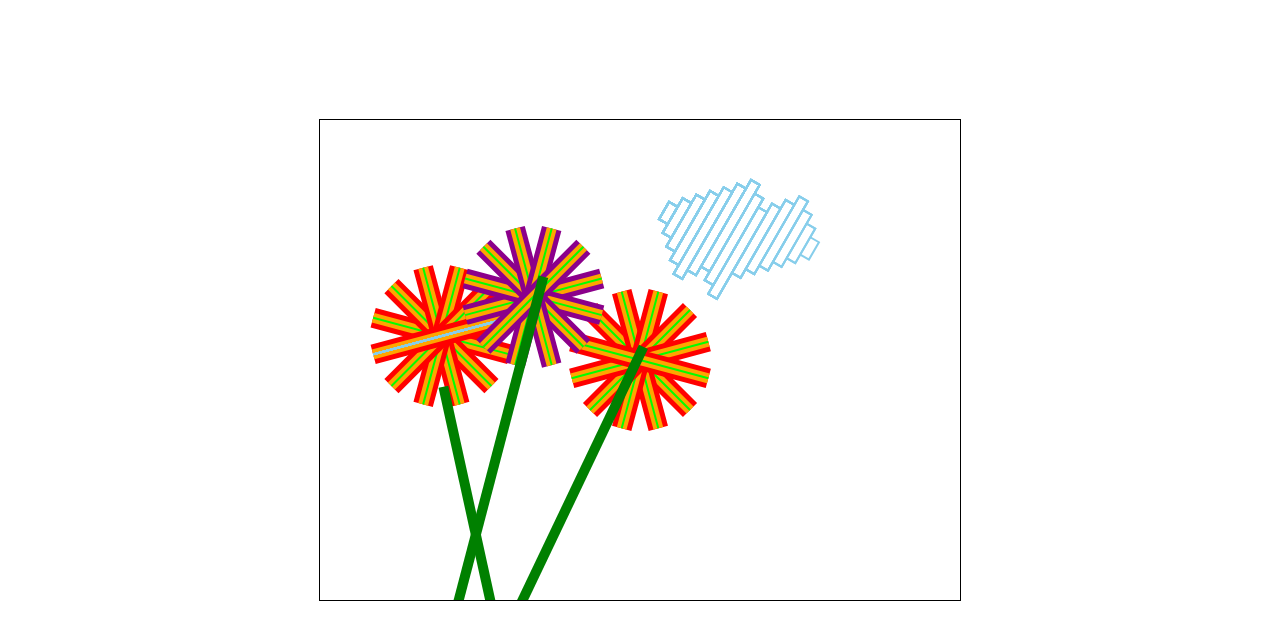
Repository: huanz488/huanz488-github.io
Page: digital painting/App.html
The author's editor kept a record of every edit. The page is drawn from the files as they stood at one moment, then again after the next edit.
The browser window is 1280 px wide. The pictures show the whole page.

Above is the page before.

### digital painting/App.html
<html>
    <head>
        <title>Portrait</title>
        <style>
            body {display: flex; }
            canvas {
                border:1px solid black;
                margin:auto;
            }
        </style>
    </head>
    <canvas width="640" height="480"></canvas>
        <script>



    // .. Let's draw a picture.
    var can = document.getElementsByTagName('canvas')[0];
    var ctx = can.getContext('2d');

    // Draw a path.

    var diagonal = function () {
      ctx.beginPath();
      ctx.moveTo(-50, -50);
      ctx.lineTo(50, 50);
    };

    var paint = function (color, width) {
      ctx.strokeStyle = color;
      ctx.lineWidth = width;
      ctx.stroke();
    };

    var stripe = function(){
      diagonal();
      paint('red', 20);
      paint('orange', 10);
      paint('lime', 2);
    };

    ctx.translate(can.width/2, can.height/2);

    stripe();

    var degrees = 30;

    ctx.rotate(degrees*Math.PI/180);
    stripe();
    ctx.rotate(degrees*Math.PI/180);
    stripe();
    ctx.rotate(degrees*Math.PI/180);
    stripe();
    ctx.rotate(degrees*Math.PI/180);
    stripe();
    ctx.rotate(degrees*Math.PI/180);
    stripe();

    ////////////////////////////


    // .. Let's draw a picture.
    var can = document.getElementsByTagName('canvas')[0];
    var ctx = can.getContext('2d');

    // Draw a path.

    var diagonal = function () {
      ctx.beginPath();
      ctx.moveTo(-50, -50);
      ctx.lineTo(50, 50);
    };

    var paint = function (color, width) {
      ctx.strokeStyle = color;
      ctx.lineWidth = width;
      ctx.stroke();
    };

    var stripe = function(){
      diagonal();
      paint('red', 20);
      paint('orange', 10);
      paint('lime', 2);
    };

    ctx.translate(can.width/4, can.height/4);

    stripe();

    var degrees = 30;

    ctx.rotate(degrees*Math.PI/180);
    stripe();
    ctx.rotate(degrees*Math.PI/180);
    stripe();
    ctx.rotate(degrees*Math.PI/180);
    stripe();
    ctx.rotate(degrees*Math.PI/180);
    stripe();
    ctx.rotate(degrees*Math.PI/180);
    stripe();


    var ctx = document.querySelector("canvas").getContext("2d");{
    ctx.rect(210, 130, 20, 10);
    SetFillColor="blue";
    ctx.strokeStyle="skyblue";
    ctx.stroke();
    };

    var ctx = document.querySelector("canvas").getContext("2d");{
    ctx.rect(200, 140, 40, 10);
    SetFillColor="blue";
    ctx.strokeStyle="skyblue";
    ctx.stroke();
    };

    var ctx = document.querySelector("canvas").getContext("2d");{
    ctx.rect(180, 160, 80, 10);
    SetFillColor="blue";
    ctx.strokeStyle="skyblue";
    ctx.stroke();
    };

    var ctx = document.querySelector("canvas").getContext("2d");{
    ctx.rect(190, 150, 60, 10);
    SetFillColor="blue";
    ctx.strokeStyle="skyblue";
    ctx.stroke();
    };

    var ctx = document.querySelector("canvas").getContext("2d");{
    ctx.rect(180, 180, 100, 10);
    SetFillColor="blue";
    ctx.strokeStyle="skyblue";
    ctx.stroke();
    };

    var ctx = document.querySelector("canvas").getContext("2d");{
    ctx.rect(170, 170, 100, 10);
    SetFillColor="blue";
    ctx.strokeStyle="skyblue";
    ctx.stroke();
    };

    var ctx = document.querySelector("canvas").getContext("2d");{
    ctx.rect(190, 190, 100, 10);
    SetFillColor="blue";
    ctx.strokeStyle="skyblue";
    ctx.stroke();
    };

    var ctx = document.querySelector("canvas").getContext("2d");{
    ctx.rect(180, 200, 100, 10);
    SetFillColor="blue";
    ctx.strokeStyle="skyblue";
    ctx.stroke();
    };

    var ctx = document.querySelector("canvas").getContext("2d");{
    ctx.rect(170, 210, 100, 10);
    SetFillColor="blue";
    ctx.strokeStyle="skyblue";
    ctx.stroke();
    };

    var ctx = document.querySelector("canvas").getContext("2d");{
    ctx.rect(200, 220, 80, 10);
    SetFillColor="blue";
    ctx.strokeStyle="skyblue";
    ctx.stroke();
    };

    var ctx = document.querySelector("canvas").getContext("2d");{
    ctx.rect(210, 230, 80, 10);
    SetFillColor="blue";
    ctx.strokeStyle="skyblue";
    ctx.stroke();
    };

    var ctx = document.querySelector("canvas").getContext("2d");{
    ctx.rect(220, 240, 80, 10);
    SetFillColor="blue";
    ctx.strokeStyle="skyblue";
    ctx.stroke();
    };

    var ctx = document.querySelector("canvas").getContext("2d");{
    ctx.rect(230, 250, 60, 10);
    SetFillColor="blue";
    ctx.strokeStyle="skyblue";
    ctx.stroke();
    };

    var ctx = document.querySelector("canvas").getContext("2d");{
    ctx.rect(240, 260, 40, 10);
    SetFillColor="blue";
    ctx.strokeStyle="skyblue";
    ctx.stroke();
    };

    var ctx = document.querySelector("canvas").getContext("2d");{
    ctx.rect(250, 270, 20, 10);
    SetFillColor="blue";
    ctx.strokeStyle="skyblue";
    ctx.stroke();
    };

    //////////////////////

    ////////////////////


    // .. Let's draw a picture.
    var can = document.getElementsByTagName('canvas')[0];
    var ctx = can.getContext('2d');

    // Draw a path.

    var diagonal = function () {
      ctx.beginPath();
      ctx.moveTo(-50, -50);
      ctx.lineTo(50, 50);
    };

    var paint = function (color, width) {
      ctx.strokeStyle = color;
      ctx.lineWidth = width;
      ctx.stroke();
    };

    var stripe = function(){
      diagonal();
      paint('DarkMagenta', 20);
      paint('orange', 10);
      paint('lime', 2);
    };

    ctx.translate(can.width/8, can.height/8);

    stripe();

    var degrees = 30;

    ctx.rotate(degrees*Math.PI/180);
    stripe();
    ctx.rotate(degrees*Math.PI/180);
    stripe();
    ctx.rotate(degrees*Math.PI/180);
    stripe();
    ctx.rotate(degrees*Math.PI/180);
    stripe();
    ctx.rotate(degrees*Math.PI/180);
    stripe();



    ///////////////////


    // Draw a path.

    ctx.beginPath();
    ctx.moveTo(400, 100);
    ctx.lineTo(-20, -10);

    ctx.lineWidth = 10;
    ctx.strokeStyle = 'green';
    ctx.stroke();

    ctx.translate(100, 100); // Moves the origin.

    ctx.beginPath();
    ctx.moveTo(400, -100);
    ctx.lineTo(-10, -10);

    ctx.lineWidth = 10;
    ctx.strokeStyle = 'green';
    ctx.stroke();


    ctx.translate(200, -200); // Moves the origin.

    ctx.beginPath();
    ctx.moveTo(400, 300);
    ctx.lineTo(-250, -10);

    ctx.lineWidth = 10;
    ctx.strokeStyle = 'green';
    ctx.stroke();
////////////////////










        </script>
    </body>
</html>

After the next edit:
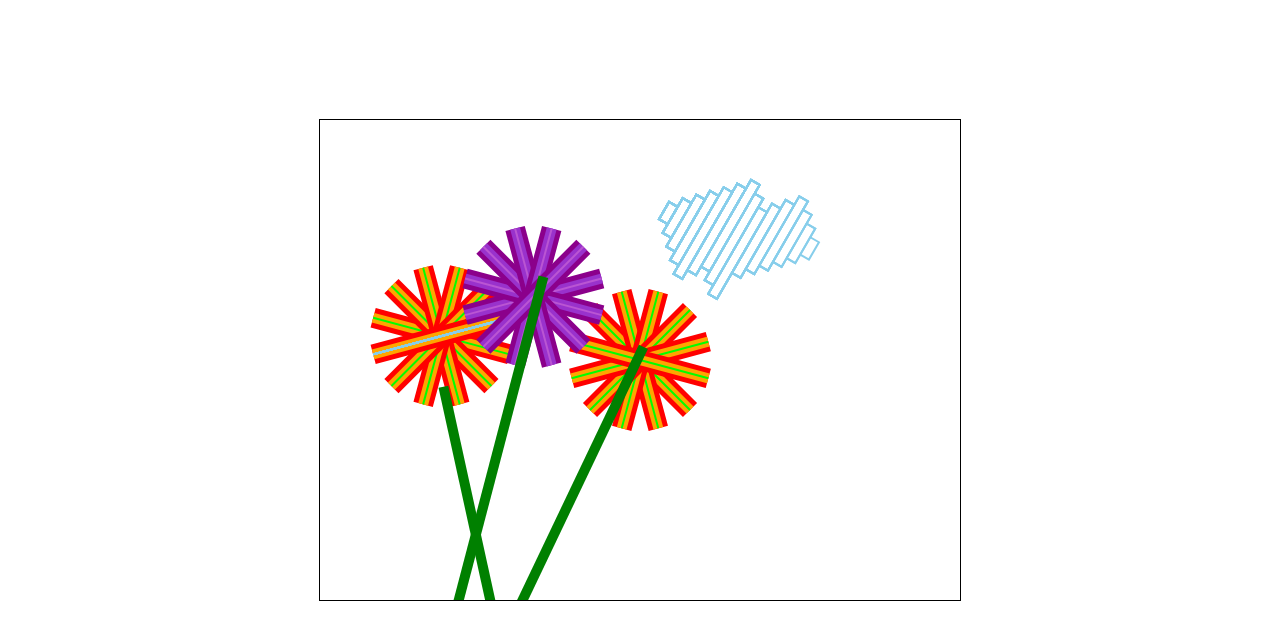
The edit:
--- a/digital painting/App.html
+++ b/digital painting/App.html
@@ -233,8 +233,8 @@
     var stripe = function(){
       diagonal();
       paint('DarkMagenta', 20);
-      paint('orange', 10);
-      paint('lime', 2);
+      paint('DarkOrchid', 10);
+      paint('MediumOrchid', 2);
     };
 
     ctx.translate(can.width/8, can.height/8);
